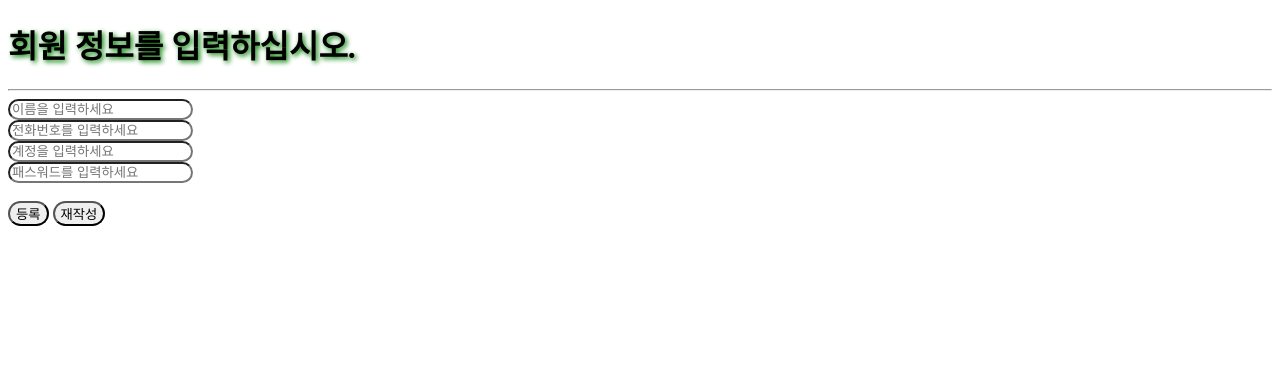
Repository: jhsnex123/web_study
Page: edu/src/main/webapp/cssexam/csslab2.html
These files come from the project's save history. The page is drawn as it stood at one moment and after the next save; the edit follows.
The browser window is 1280 px wide. The pictures show the whole page.

Above is the page before, as saved 2024-09-19 05:08:52.

After the next save:
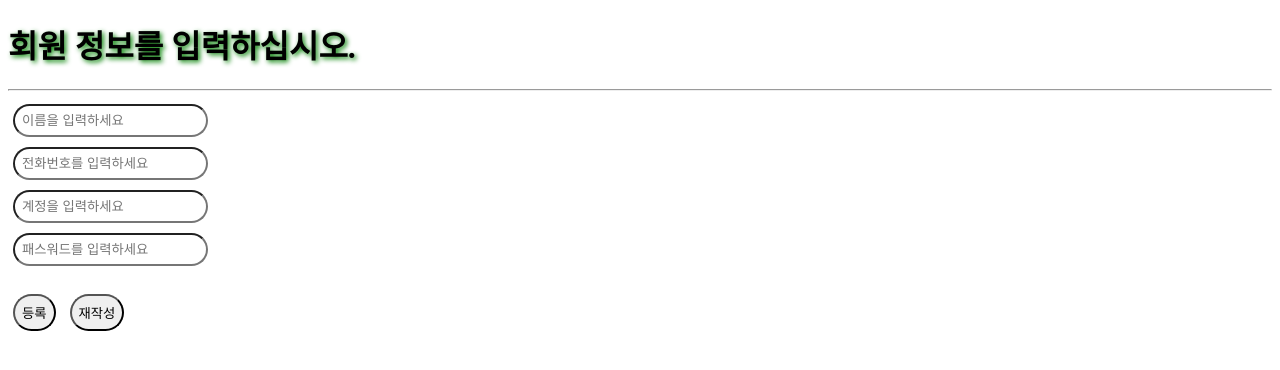
Saved 3 min 50 s later.
--- a/edu/src/main/webapp/cssexam/csslab2.html
+++ b/edu/src/main/webapp/cssexam/csslab2.html
@@ -11,8 +11,8 @@ text-shadow : 2px 2px 5px green;
 
 #inputround{
 border-radius : 30px;
-
-
+margin : 5px;
+padding : 7px;
 }
 
 </style>
@@ -22,10 +22,10 @@ border-radius : 30px;
 <hr>
 
 		<form action="" method="get">
-			<input id = inputround name=name placeholder="이름을 입력하세요" required><br>
-			<input id = inputround name=name placeholder="전화번호를 입력하세요" required><br>
-			<input id = inputround  name=name placeholder="계정을 입력하세요" required><br>
-			<input id = inputround name=name placeholder="패스워드를 입력하세요" required><br>
+			<input id = inputround name="stname" placeholder="이름을 입력하세요" required><br>
+			<input id = inputround name="phone" placeholder="전화번호를 입력하세요" required><br>
+			<input id = inputround  name="id" placeholder="계정을 입력하세요" required><br>
+			<input id = inputround name="password" placeholder="패스워드를 입력하세요" required><br>
 			<br>
 			<input id = inputround  type="submit" value="등록">
 			<input id = inputround  type="reset" value="재작성">
